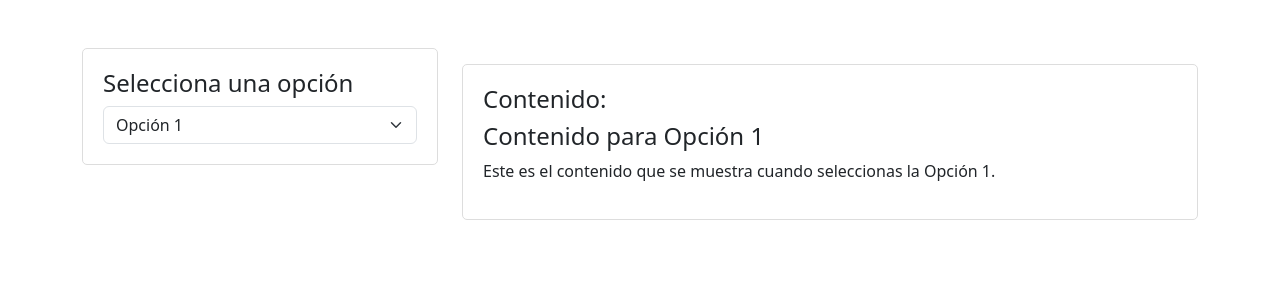
Repository: marcos1g/241028-gaspar-examen
Page: Valera/mp-proyecto/src/main/webapp/index.html
The author's editor kept a copy of each file at every save. The page is drawn from the files as they stood at one save, then again after the next save.
The browser window is 1280 px wide. The pictures show the whole page.
After loading, the first visible `#options` was changed once.

Above is the page before, as saved 2024-08-12 22:20:05.

### Valera/mp-proyecto/src/main/webapp/index.html
<!DOCTYPE html>
<html lang="en">
<head>
    <meta charset="UTF-8">
    <meta name="viewport" content="width=device-width, initial-scale=1.0">
    <title>Opciones Dinámicas con Bootstrap</title>
    <!-- Incluyendo Bootstrap CSS -->
    <link href="https://stackpath.bootstrapcdn.com/bootstrap/5.3.0/css/bootstrap.min.css" rel="stylesheet">
    <style>
        .content-box {
            padding: 20px;
            border: 1px solid #ddd;
            border-radius: 5px;
        }
    </style>
</head>
<body>

<div class="container mt-5">
    <div class="row">
        <!-- Caja para seleccionar opciones -->
        <div class="col-md-4">
            <div class="content-box">
                <h4>Selecciona una opción</h4>
                <select id="options" class="form-select" onchange="showContent()">
                    <option value="" disabled selected>Selecciona una opción</option>
                    <option value="option1">Opción 1</option>
                    <option value="option2">Opción 2</option>
                </select>
            </div>
        </div>

        <!-- Caja para mostrar el contenido -->
        <div class="col-md-8">
            <div id="contentBox" class="content-box mt-3">
                <h4>Contenido:</h4>
                <p id="content">Selecciona una opción para ver el contenido aquí.</p>
            </div>
        </div>
    </div>
</div>

<!-- Incluyendo Bootstrap JavaScript y dependencias -->
<script src="https://cdn.jsdelivr.net/npm/@popperjs/core@2.11.6/dist/umd/popper.min.js"></script>
<script src="https://stackpath.bootstrapcdn.com/bootstrap/5.3.0/js/bootstrap.min.js"></script>

<script>
    function showContent() {
        const contentBox = document.getElementById('content');
        const selectedOption = document.getElementById('options').value;

        if (selectedOption === 'option1') {
            contentBox.innerHTML = '<h4>Contenido para Opción 1</h4><p>Este es el contenido que se muestra cuando seleccionas la Opción 1.</p>';
        } else if (selectedOption === 'option2') {
            contentBox.innerHTML = '<h4>Contenido para Opción 2</h4><p>Este es el contenido que se muestra cuando seleccionas la Opción 2.</p>';
        } else {
            contentBox.innerHTML = 'Selecciona una opción para ver el contenido aquí.';
        }
    }
</script>

</body>
</html>

After the next save:
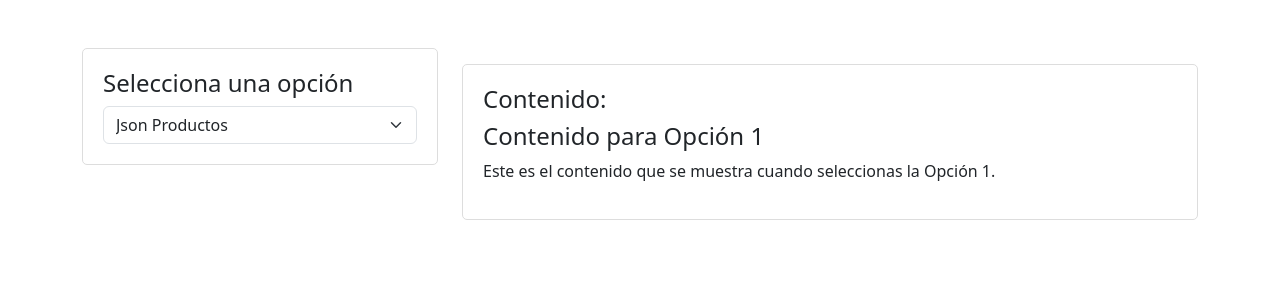
Saved 21 min 47 s later.
--- a/Valera/mp-proyecto/src/main/webapp/index.html
+++ b/Valera/mp-proyecto/src/main/webapp/index.html
@@ -24,7 +24,7 @@
                 <h4>Selecciona una opción</h4>
                 <select id="options" class="form-select" onchange="showContent()">
                     <option value="" disabled selected>Selecciona una opción</option>
-                    <option value="option1">Opción 1</option>
+                    <option value="option1">Json Productos</option>
                     <option value="option2">Opción 2</option>
                 </select>
             </div>
@@ -43,13 +43,33 @@
 <!-- Incluyendo Bootstrap JavaScript y dependencias -->
 <script src="https://cdn.jsdelivr.net/npm/@popperjs/core@2.11.6/dist/umd/popper.min.js"></script>
 <script src="https://stackpath.bootstrapcdn.com/bootstrap/5.3.0/js/bootstrap.min.js"></script>
-
+<script src="https://code.jquery.com/jquery-3.6.0.min.js"></script>
 <script>
     function showContent() {
         const contentBox = document.getElementById('content');
         const selectedOption = document.getElementById('options').value;
 
         if (selectedOption === 'option1') {
+
+        	        $(document).ready(function() {
+        	            $('#loadData').click(function() {
+        	                $.ajax({
+        	                    url: 'http://localhost:8080/mp-proyecto?p=1', // URL a la que se hará la solicitud
+        	                    type: 'GET', // Método de la solicitud
+        	                    dataType: 'json', // Tipo de datos esperados en la respuesta
+        	                    success: function(data) {
+        	                        // Acción a realizar si la solicitud es exitosa
+        	                        console.log(data);
+        	                        $('#result').html(JSON.stringify(data, null, 2));
+        	                    },
+        	                    error: function(xhr, status, error) {
+        	                        // Acción a realizar si ocurre un error
+        	                        console.error('Error:', status, error);
+        	                        $('#result').html('Error al cargar los datos.');
+        	                    }
+        	                });
+        	            });
+        	        });
             contentBox.innerHTML = '<h4>Contenido para Opción 1</h4><p>Este es el contenido que se muestra cuando seleccionas la Opción 1.</p>';
         } else if (selectedOption === 'option2') {
             contentBox.innerHTML = '<h4>Contenido para Opción 2</h4><p>Este es el contenido que se muestra cuando seleccionas la Opción 2.</p>';
